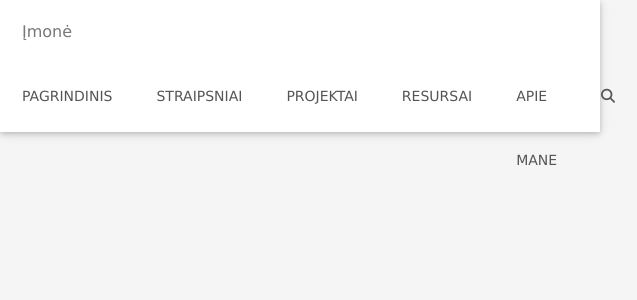
Repository: motiejus1/14-paskaita-05.31
Page: index.html
The author's editor kept a copy of each file at every save. The page is drawn from the files as they stood at one save, then again after the next save.
The browser window is 600 px wide. The page is 637 px wide, so the pictures cover 637 px, including what lies to the right of the window. The pictures show the whole page.
Some web libraries are served in a nearby version.

Above is the page before, as saved 2021-06-23 19:49:09.

### index.html
<!DOCTYPE html>
<html lang="en">
<head>
    <meta charset="UTF-8">
    <meta http-equiv="X-UA-Compatible" content="IE=edge">
    <meta name="viewport" content="width=device-width, initial-scale=1.0">
    <title>14 paskaita</title>

    <link rel="stylesheet" href="http://maxcdn.bootstrapcdn.com/font-awesome/latest/css/font-awesome.min.css">
    <style>
        html {
            font-size: 16px;
        }

        body {
            max-width: 1920px;
            margin: 0 auto;
            font-family: Verdana, Arial, sans-serif;
            line-height: 1.25rem;
            color:#333;
            background-color: #f5f5f5;
        }

        .container {
            width: 100%;
            margin: auto;
        }

        a {
            text-decoration: none;
            transition: all 0.3s ease;
        }

        .area {
            display: flex;
            /* flex-direction:row; */
            /* flex-wrap: wrap; */

            flex-flow: row wrap;
            align-items: stretch;
            justify-content: space-between;
            margin-left: auto;
        }

        .navbar-component {
            background-color: white;
            box-shadow: 0 2px 5px rgba(0,0,0,0.16), 0 2px 10px rgba(0,0,0,0.12);
        }

        .brand {
            display:block;
            font-size: 1rem;
            color: #777;
            margin: 1.375rem;
        }

        .list {
            display:flex;
        }

        .item {
            display: block;
            height: 4rem;
            line-height: 4rem;
            padding-left: 1.375rem;
            padding-right: 1.375rem;
            text-transform: uppercase;
            color: #555;
            font-size: 0.875rem;
        }

        .item.-link {
            border-bottom: 4px solid transparent;
        }

        .item.-link:hover {
            color: #333;
            border-bottom-color: #673ab7 ;
        }

        .icon {
            position:relative;
        }

        .icon, .icon:after, .icon:before {
            display: block;
            width: 1.5rem;
            height: 0.1875rem;
            background-color: #555555;
            transition: background-color 0.3s linear, transform 0.3s linear;

        }

        .icon:after, .icon:before {
            position:absolute;
            content:"";
        }

        .icon:after {
            top: 0.5rem;
        }

        .icon:before {
            top: -0.5rem;
        }

        .toggle {
            display: none;
            border: 0;
            background-color: transparent;
            cursor: pointer;
            padding: 1.375rem;
        }

        @media screen and (max-width: 720px) {
            .toggle {

            }
        }


    </style>
</head>
<body>
    <div class="container">
        <div class="navbar-component">
            <div class="navbar area">
                <a href="#" class="brand">Įmonė</a>

                <nav id="navigation" class="list">
                    <a href="#" class="item -link">Pagrindinis</a>
                    <a href="#" class="item -link" >Straipsniai</a>
                    <a href="#" class="item -link">Projektai</a>
                    <a href="#"class="item -link">Resursai</a>
                    <a href="#" class="item -link">Apie mane</a>
                    <span class="item">
                        <i class="fa fa-search"></i>
                    </span>
                </nav>

                <button id="hamburger" class="toggle">
                    <span class="icon"></span>
                </button>

            </div>

        </div>
    </div>

</body>
</html>

After the next save:
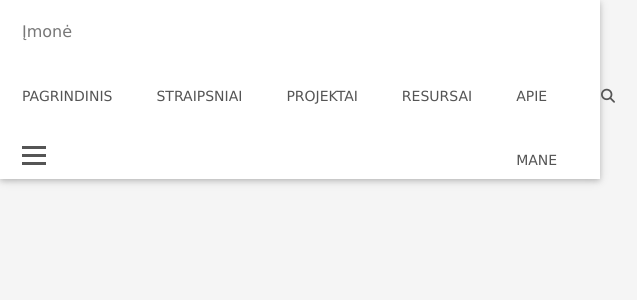
Saved 14 s later.
--- a/index.html
+++ b/index.html
@@ -114,7 +114,7 @@
 
         @media screen and (max-width: 720px) {
             .toggle {
-
+                display:block;
             }
         }
 
